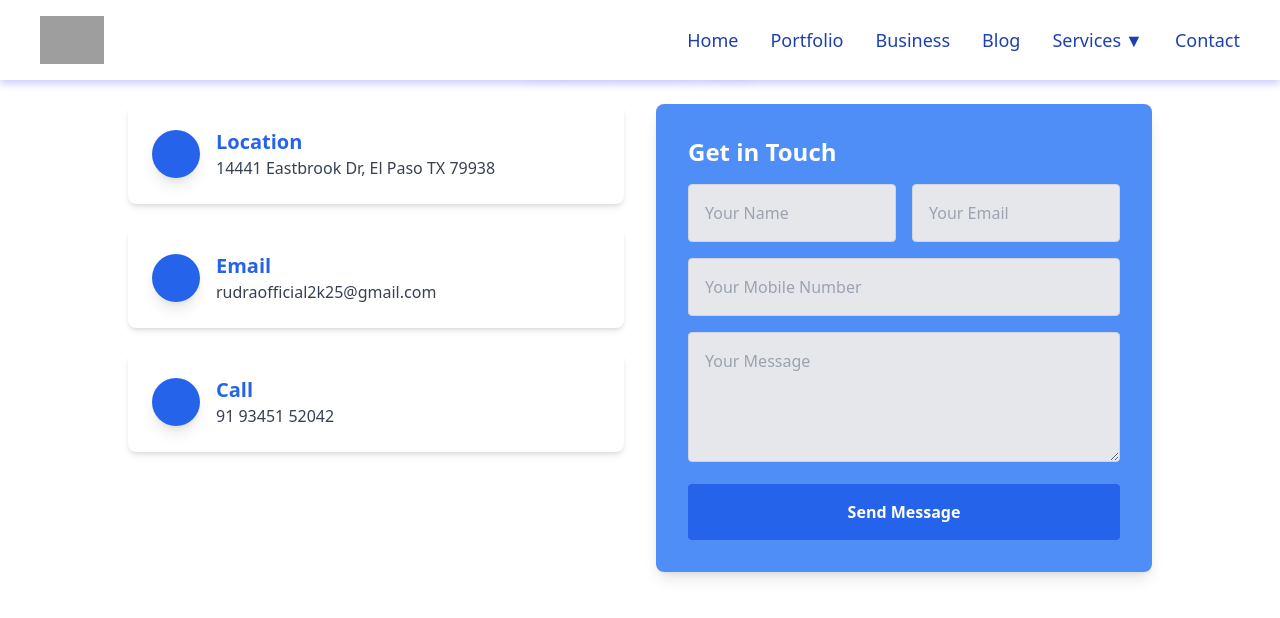
Repository: Rudra-Eswaran/Rudra_Official
Page: /
These files come from the project's save history. The page is drawn as it stood at one moment and after the next save; the edit follows.
The browser window is 1280 px wide. The pictures show the whole page.
Pictures or frames that could not be fetched are drawn as grey boxes. Some web libraries are served in a nearby version. The project was rebuilt for these pictures with package versions that can differ from the ones it lists, and the page was loaded fresh each time. Also part of the build but not shown: vite.config.js.

Above is the page before, as saved 2025-04-15 18:58:18.

After the next save:
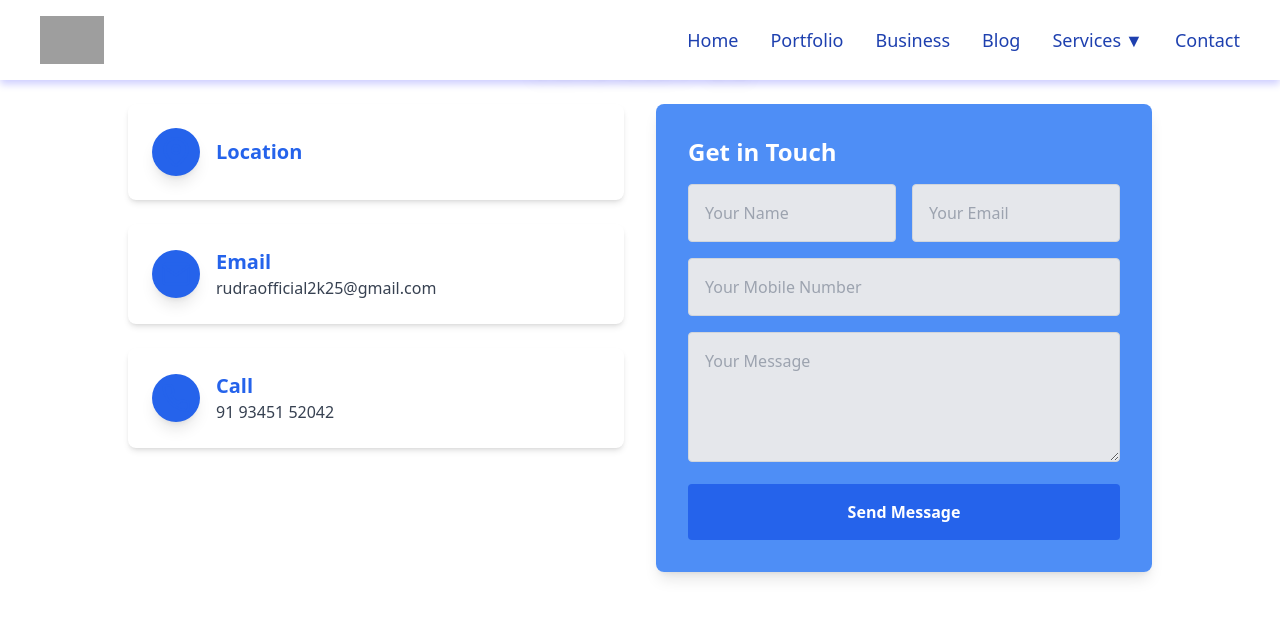
Saved 8 s later.
--- a/src/Constants.jsx
+++ b/src/Constants.jsx
@@ -2,7 +2,7 @@
 export const CONTACT_INFO = {
     location: {
       title: "Location",
-      text: "14441 Eastbrook Dr, El Paso TX 79938",
+      text: "",
       icon: "FiMapPin",
     },
     email: {
